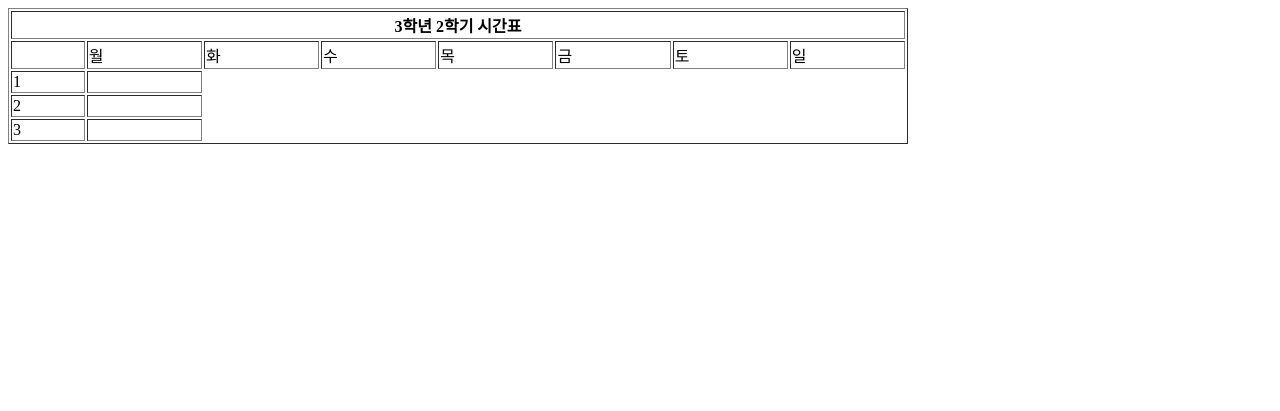
Repository: Cha-Ji/InternetProgramming
Page: week01/WebContent/hw04.html
These files come from the project's save history. The page is drawn as it stood at one moment and after the next save; the edit follows.
The browser window is 1280 px wide. The pictures show the whole page.

Above is the page before, as saved 2020-09-06 13:07:32.

After the next save:
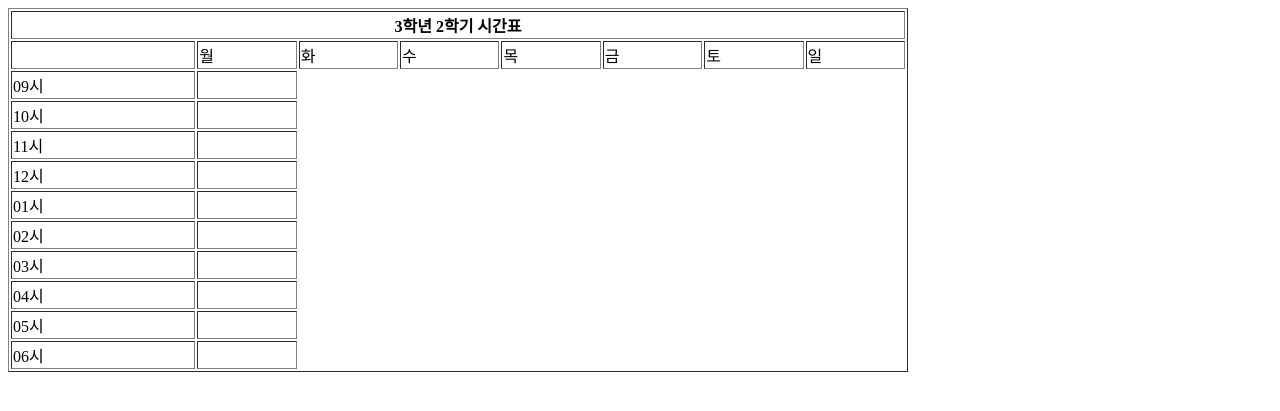
Saved 2 min 15 s later.
--- a/week01/WebContent/hw04.html
+++ b/week01/WebContent/hw04.html
@@ -7,22 +7,49 @@
 <body>
 	<table border="1" width ="900" >
 	<th colspan = "8">3학년 2학기 시간표</th>
-	<tr><!-- 0.요일 -->
+	<tr>
 	    <td></td><td>월</td><td>화</td><td>수</td><td>목</td><td>금</td><td>토</td><td>일</td>
 	</tr>
-	<tr><!-- 1. 1교시  -->
-	    <td>1</td>
+	<tr>
+	    <td>09시</td>
 	    <td></td>
 	</tr>
-	<tr><!-- 2. 2교시  -->
-	    <td>2</td>
+	<tr>
+	    <td>10시</td>
 	    <td></td>
 	</tr>
-	<tr><!-- 3. 3교시  -->
-	    <td>3</td>
+	<tr>
+	    <td>11시</td>
 	    <td></td>
 	</tr>
-
+		<tr>
+	    <td>12시</td>
+	    <td></td>
+	</tr>
+	<tr>
+	    <td>01시</td>
+	    <td></td>
+	</tr>
+	<tr>
+	    <td>02시</td>
+	    <td></td>
+	</tr>
+		<tr>
+	    <td>03시</td>
+	    <td></td>
+	</tr>
+		<tr>
+	    <td>04시</td>
+	    <td></td>
+	</tr>
+	<tr>
+	    <td>05시</td>
+	    <td></td>
+	</tr>
+	<tr>
+	    <td>06시</td>
+	    <td></td>
+	</tr>
     </table>
 </body>
 </html>
